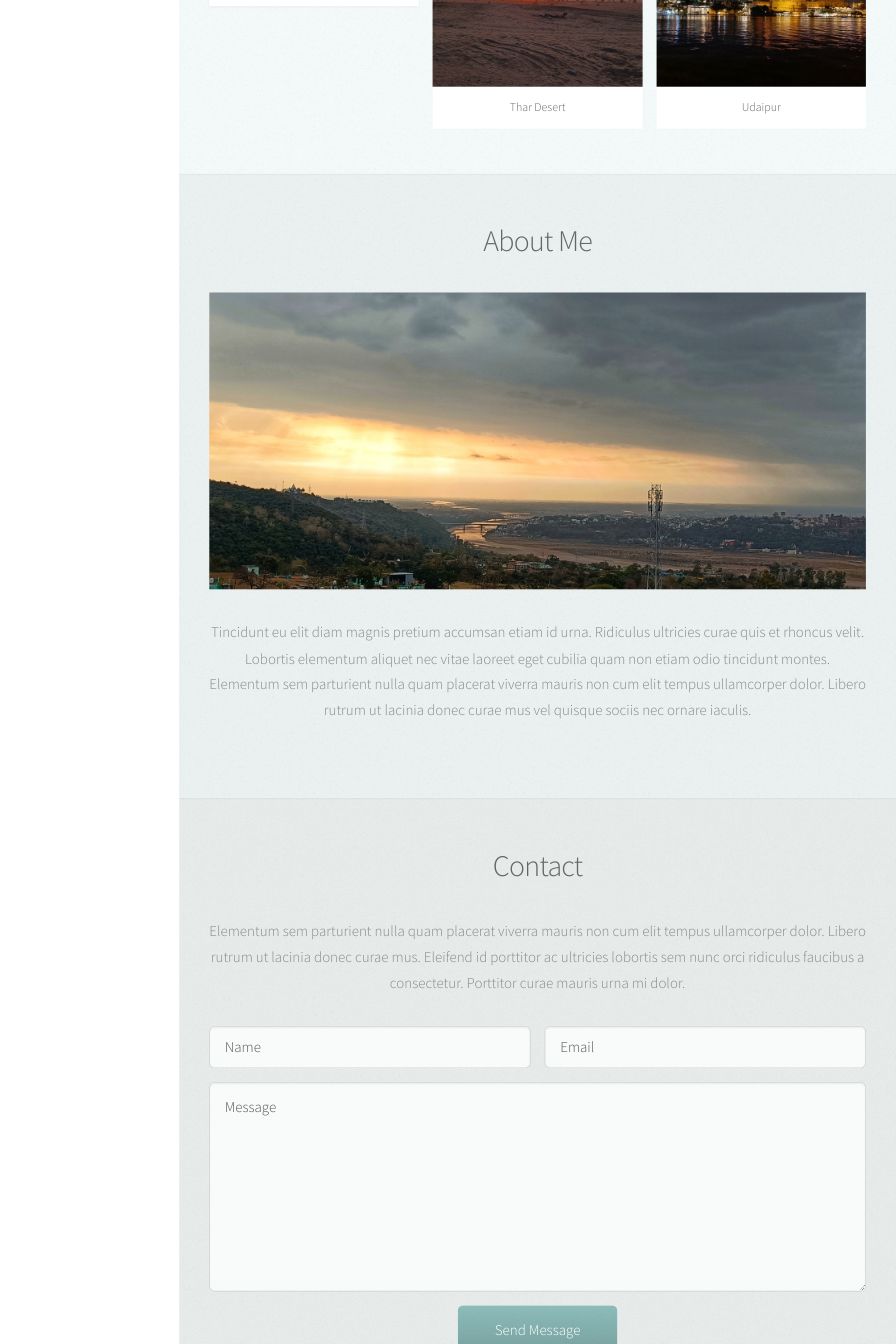
Repository: lovishchib/lovishchib.github.io
Page: index.html
An editor plug-in stored every save of this project. The page is shown before and after the next save, followed by the edit.
The browser window is 1280 px wide. The pictures show the part of the page from y = 1417 to 3337 px (the page is 3572 px tall), at 70% of full size.

Above is the page before, as saved 2022-02-11 21:20:04.

### index.html
<!DOCTYPE HTML>
<!--
	Prologue by HTML5 UP
	html5up.net | @ajlkn
	Free for personal and commercial use under the CCA 3.0 license (html5up.net/license)
-->
<html>
	<head>
		<title>Lovish Chib</title>
		<meta charset="utf-8" />
		<meta name="viewport" content="width=device-width, initial-scale=1, user-scalable=no" />
		<link rel="stylesheet" href="assets/css/main.css" />
	</head>
	<body class="is-preload">

		<!-- Header -->
			<div id="header">

				<div class="top">

					<!-- Logo -->
						<div id="logo">
							<span class="image avatar48"><img src="images/avatar.jpg" alt="" /></span>
							<h1 id="title">Lovish Singh Chib</h1>
							<p>Senior Software Engineer</p>
						</div>

					<!-- Nav -->
						<nav id="nav">
							<ul>
								<li><a href="#top" id="top-link"><span class="icon solid fa-home">Intro</span></a></li>
								<li><a href="#portfolio" id="portfolio-link"><span class="icon solid fa-th">Portfolio</span></a></li>
								<li><a href="#about" id="about-link"><span class="icon solid fa-user">About Me</span></a></li>
								<li><a href="#contact" id="contact-link"><span class="icon solid fa-envelope">Contact</span></a></li>
							</ul>
						</nav>

				</div>

				<div class="bottom">

					<!-- Social Icons -->
						<ul class="icons">
							<li><a href="https://twitter.com/lovishchib" class="icon brands fa-twitter"><span class="label">Twitter</span></a></li>
							<li><a href="https://www.facebook.com/lovishsinghchib" class="icon brands fa-facebook-f"><span class="label">Facebook</span></a></li>
							<li><a href="https://github.com/lovishchib" class="icon brands fa-github"><span class="label">Github</span></a></li>
							<li><a href="https://www.linkedin.com/in/lovish-chib/" class="icon brands fa-linkedin"><span class="label">Linkedin</span></a></li>
							<li><a href="mailto:lovishchib@outlook.com" class="icon solid fa-envelope"><span class="label">Email</span></a></li>
						</ul>

				</div>

			</div>

		<!-- Main -->
			<div id="main">

				<!-- Intro -->
					<section id="top" class="one dark cover">
						<div class="container">

							<header>
								<h2 class="alt">Hi! I'm <strong>Lovish Chib</strong>,<br/> a techie
								by heart</h2>
								<p>A traveller and a foodie rest of the times</p>
							</header>

							<footer>
								<a href="#contact" class="button scrolly">Get in touch</a>
							</footer>

						</div>
					</section>

				<!-- Portfolio -->
					<section id="portfolio" class="two">
						<div class="container">

							<header>
								<h2>Portfolio</h2>
							</header>

							<p>On usual days I am just a programmer, versed with frontend technologies like Reactjs, Javascript, Svelte, Node, Java and so on... <br/>
								On other days I like to travel and explore places around, here are some of my recent shots</p>

							<div class="row">
								<div class="col-4 col-12-mobile">
									<article class="item">
										<a href="#" class="image fit"><img src="images/pic02.jpg" alt="" /></a>
										<header>
											<h3>Taj Mahal &#128150;</h3>
										</header>
									</article>
									<article class="item">
										<a href="#" class="image fit"><img src="images/pic03.jpg" alt="" /></a>
										<header>
											<h3>Amer Fort - Jaipur/h3>
										</header>
									</article>
								</div>
								<div class="col-4 col-12-mobile">
									<article class="item">
										<a href="#" class="image fit"><img src="images/pic04.jpg" alt="" /></a>
										<header>
											<h3>Jaiselmer</h3>
										</header>
									</article>
									<article class="item">
										<a href="#" class="image fit"><img src="images/pic05.jpg" alt="" /></a>
										<header>
											<h3>Thar Desert</h3>
										</header>
									</article>
								</div>
								<div class="col-4 col-12-mobile">
									<article class="item">
										<a href="#" class="image fit"><img src="images/pic06.jpg" alt="" /></a>
										<header>
											<h3>Bikaner &#129316;</h3>
										</header>
									</article>
									<article class="item">
										<a href="#" class="image fit"><img src="images/pic07.jpg" alt="" /></a>
										<header>
											<h3>Udaipur</h3>
										</header>
									</article>
								</div>
							</div>

						</div>
					</section>

				<!-- About Me -->
					<section id="about" class="three">
						<div class="container">

							<header>
								<h2>About Me</h2>
							</header>

							<a href="#" class="image featured"><img src="images/pic08.jpg" alt="" /></a>

							<p>Tincidunt eu elit diam magnis pretium accumsan etiam id urna. Ridiculus
							ultricies curae quis et rhoncus velit. Lobortis elementum aliquet nec vitae
							laoreet eget cubilia quam non etiam odio tincidunt montes. Elementum sem
							parturient nulla quam placerat viverra mauris non cum elit tempus ullamcorper
							dolor. Libero rutrum ut lacinia donec curae mus vel quisque sociis nec
							ornare iaculis.</p>

						</div>
					</section>

				<!-- Contact -->
					<section id="contact" class="four">
						<div class="container">

							<header>
								<h2>Contact</h2>
							</header>

							<p>Elementum sem parturient nulla quam placerat viverra
							mauris non cum elit tempus ullamcorper dolor. Libero rutrum ut lacinia
							donec curae mus. Eleifend id porttitor ac ultricies lobortis sem nunc
							orci ridiculus faucibus a consectetur. Porttitor curae mauris urna mi dolor.</p>

							<form method="post" action="#">
								<div class="row">
									<div class="col-6 col-12-mobile"><input type="text" name="name" placeholder="Name" /></div>
									<div class="col-6 col-12-mobile"><input type="text" name="email" placeholder="Email" /></div>
									<div class="col-12">
										<textarea name="message" placeholder="Message"></textarea>
									</div>
									<div class="col-12">
										<input type="submit" value="Send Message" />
									</div>
								</div>
							</form>

						</div>
					</section>

			</div>

		<!-- Footer -->
			<div id="footer">

				<!-- Copyright -->
					<ul class="copyright">
						<li>&copy; Untitled. All rights reserved.</li><li>Design: <a href="http://html5up.net">HTML5 UP</a></li>
					</ul>

			</div>

		<!-- Scripts -->
			<script src="assets/js/jquery.min.js"></script>
			<script src="assets/js/jquery.scrolly.min.js"></script>
			<script src="assets/js/jquery.scrollex.min.js"></script>
			<script src="assets/js/browser.min.js"></script>
			<script src="assets/js/breakpoints.min.js"></script>
			<script src="assets/js/util.js"></script>
			<script src="assets/js/main.js"></script>

	</body>
</html>

Loaded but not shown: assets/css/fontawesome-all.min.css (library); assets/js/jquery.min.js (library); assets/js/jquery.scrolly.min.js (common file); assets/js/jquery.scrollex.min.js (common file); assets/js/browser.min.js (common file); assets/js/breakpoints.min.js (common file); assets/js/util.js (587 lines, source omitted); assets/js/main.js (123 lines, source omitted); assets/css/main.css (2633 lines, source omitted)

After the next save:
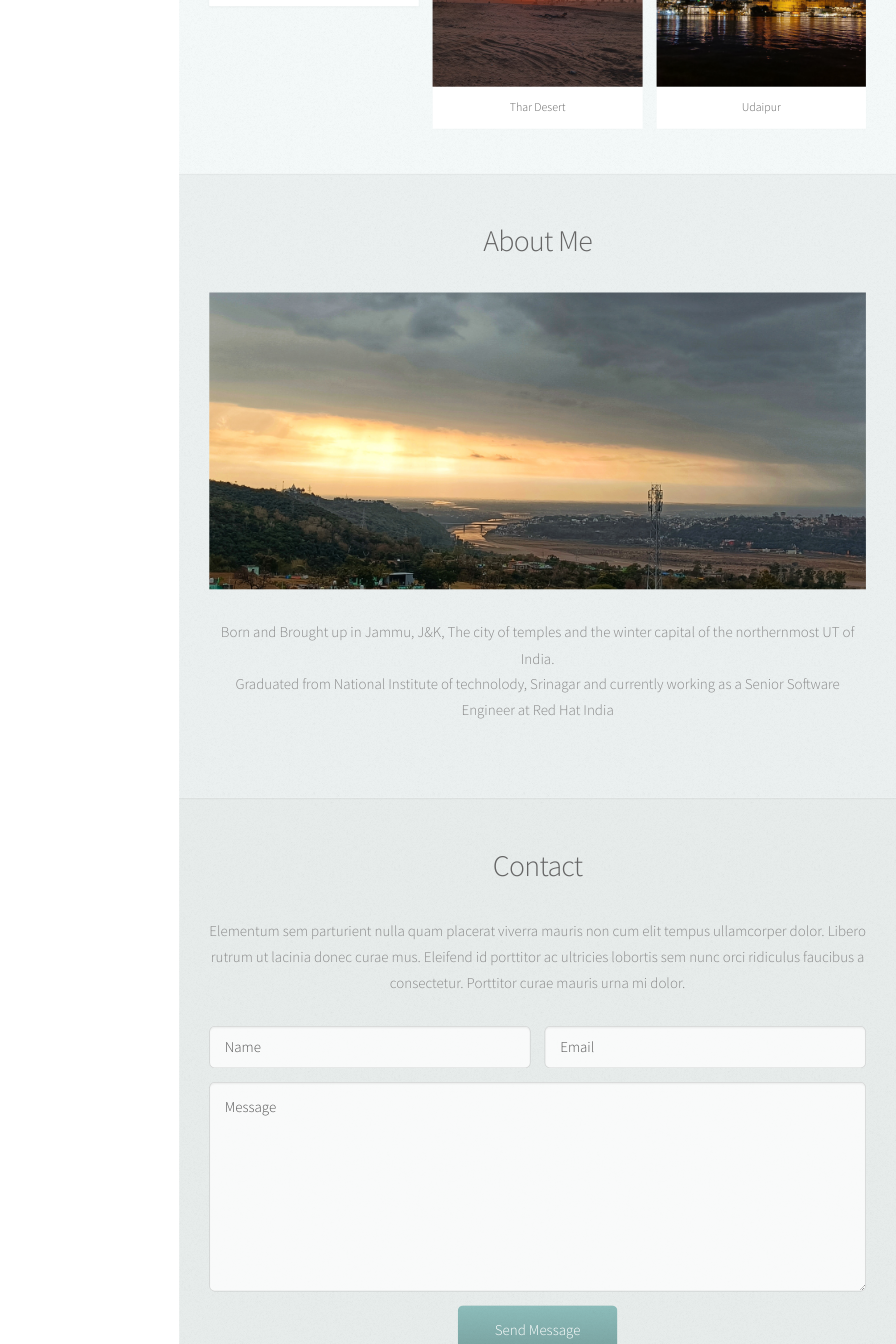
Saved 10 min 48 s later.
--- a/index.html
+++ b/index.html
@@ -141,12 +141,8 @@
 
 							<a href="#" class="image featured"><img src="images/pic08.jpg" alt="" /></a>
 
-							<p>Tincidunt eu elit diam magnis pretium accumsan etiam id urna. Ridiculus
-							ultricies curae quis et rhoncus velit. Lobortis elementum aliquet nec vitae
-							laoreet eget cubilia quam non etiam odio tincidunt montes. Elementum sem
-							parturient nulla quam placerat viverra mauris non cum elit tempus ullamcorper
-							dolor. Libero rutrum ut lacinia donec curae mus vel quisque sociis nec
-							ornare iaculis.</p>
+							<p>Born and Brought up in Jammu, J&K, The city of temples and the winter capital of the northernmost UT of India.<br/>
+Graduated from National Institute of technolody, Srinagar and currently working as a Senior Software Engineer at Red Hat India</p>
 
 						</div>
 					</section>
